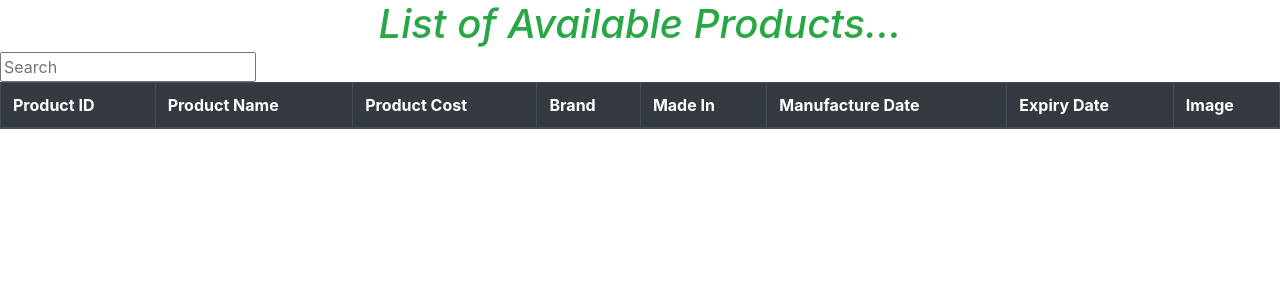
Repository: vineethGoudGithub/JavaApplications
Page: http://localhost/ProductManagementApp/productList.jsp
An editor plug-in stored every save of this project. The page is shown before and after the next save, followed by the edit.
The browser window is 1280 px wide. The pictures show the whole page.
The page is served by Tomcat 9. Other server files are loaded and not shown. Queries for data that is not in the repository find no rows.

Above is the page before, as saved 2024-03-06 05:52:44.

### ProductManagementApp/src/main/webapp/productList.jsp
<%@page import="com.sathya.productapp.ProductDao"%>
<%@page language="java" contentType="text/html"%>
<%@ page import="java.util.Base64" %>
<%@taglib uri="http://java.sun.com/jsp/jstl/core" prefix="c"%>

<html>
<head>
<title>Product List</title>
 <!-- BootStrap CDN link to Get the Support of BootStrap -->
     <link rel="stylesheet" href="https://stackpath.bootstrapcdn.com/bootstrap/4.3.1/css/bootstrap.min.css">
</head>
<body>


<h1 class="text-center font-italic mb-1 text-success">List of Available Products...</h1>

<div>
	<input type="text" placeholder="Search">
</div>


<table class="table table-bordered table-striped">

<thead class="thead-dark">
        <tr>
            <th>Product ID</th>
            <th>Product Name</th>
            <th>Product Cost</th>
            <th>Brand</th>
            <th>Made In</th>
            <th>Manufacture Date</th>
            <th>Expiry Date</th>
            <th>Image</th>
        </tr>
</thead>

<tbody>

    <c:forEach var="product" items="<%=new ProductDao().findAll()%>">
    	<tr>
             <td>${product.proId}</td>
             <td>${product.proName}</td>
             <td>${product.proPrice}</td>
             <td>${product.proBrand}</td>
             <td>${product.proMadeIn}</td>
             <td>${product.proMfgDate}</td>
             <td>${product.proExpDate}</td>
    	<td>
            <img src="data:[embedded picture, 78 characters]" alt="Product Image" style="max-width: 100px; max-height: 100px;">
        </td>
        </tr>
    </c:forEach>


</tbody>









</table>


</body>
</html>

### ProductManagementApp/src/main/java/com/sathya/productapp/ProductDao.java
package com.sathya.productapp;

import java.sql.Connection;
import java.sql.PreparedStatement;
import java.sql.ResultSet;
import java.sql.SQLException;
import java.sql.Statement;
import java.util.ArrayList;
import java.util.List;

public class ProductDao {

	public int save(Product product) {
		//Declare the resources
		Connection connection = null;
		PreparedStatement preparedStatement = null;
		int saveResult = 0;

		try
		{ connection = DatabaseUtils.createConnection();
		  preparedStatement = connection.prepareStatement
				  ("insert into product_data values(?,?,?,?,?,?,?,?)");
		  preparedStatement.setString(1, product.getProId());
		  preparedStatement.setString(2, product.getProName());

		  preparedStatement.setDouble(3, product.getProPrice());
		  preparedStatement.setString(4, product.getProBrand());
		  preparedStatement.setString(5, product.getProMadeIn());

		  preparedStatement.setDate(6, product.getProMfgDate());
		  preparedStatement.setDate(7, product.getProExpDate());

		  preparedStatement.setBytes(8, product.getProImage());
		  saveResult = preparedStatement.executeUpdate();
	      } catch (SQLException e) {
	          e.printStackTrace();
	      }
		  finally {
			  try {
				  if(preparedStatement!=null)
					  preparedStatement.close();
				  if(connection!=null)
					  connection.close();
			  }
			  catch(SQLException e)
			  {	e.printStackTrace();
			  }
		  }
		  return saveResult;
	}



	public List<Product> findAll() {
        List<Product> productList = new ArrayList<Product>();

        //try-with resources :: Resources released automatically
        try(Connection connection = DatabaseUtils.createConnection();
        	Statement statement = connection.createStatement();)
        {
        	//Read the data from d store into ResultSet
        	ResultSet resultSet = statement.executeQuery("select * from product_data");

            //Read the data from ResultSet set to Product object & store into List
            //The loop repeated how many records present in table.
            while (resultSet.next()) {
	         	  Product product = new Product();
	         	  product.setProId(resultSet.getString("proId"));
				  product.setProName(resultSet.getString("proName"));
				  product.setProPrice(resultSet.getDouble("proPrice"));
				  product.setProBrand(resultSet.getString("proBrand"));
				  product.setProMadeIn(resultSet.getString("proMadeIn"));
				  product.setProMfgDate(resultSet.getDate("proMfgdate"));
				  product.setProExpDate(resultSet.getDate("proExpDate"));

				  product.setProImage(resultSet.getBytes(8));



				  productList.add(product);
            }
        } catch (SQLException e) {
            e.printStackTrace();
        }
        return productList;
    }

















}

### ProductManagementApp/src/main/java/com/sathya/productapp/DatabaseUtils.java
package com.sathya.productapp;

import java.sql.Connection;
import java.sql.DriverManager;
import java.sql.SQLException;

public class DatabaseUtils {
	public static Connection createConnection()
	{	Connection connection = null;
		try {
			Class.forName("oracle.jdbc.driver.OracleDriver");
			connection = DriverManager.getConnection("jdbc:oracle:thin:@localhost:1521:xe","system","manager");
		}
		catch(ClassNotFoundException | SQLException e)
		{	e.printStackTrace();
		}
		return connection;
	}

}

After the next save:
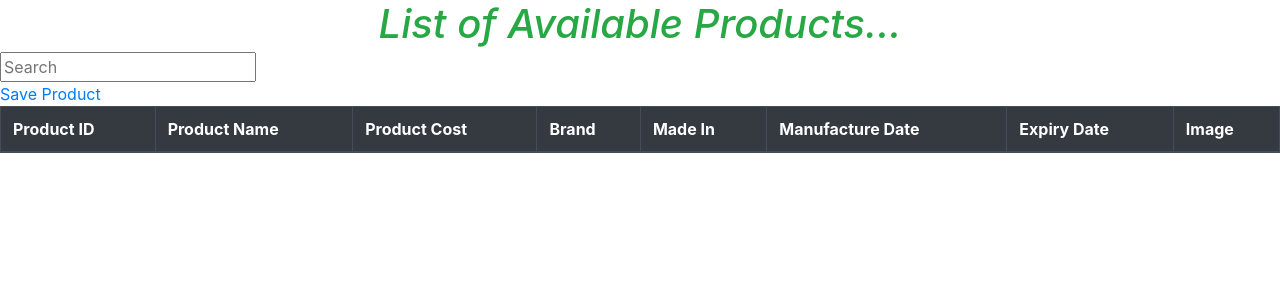
Saved 74 s later.
--- a/ProductManagementApp/src/main/webapp/productList.jsp
+++ b/ProductManagementApp/src/main/webapp/productList.jsp
@@ -16,6 +16,11 @@
 
 <div>
 	<input type="text" placeholder="Search">
+</div>
+
+
+<div>
+	<a href="add-">Save Product</a>
 </div>
 
 
